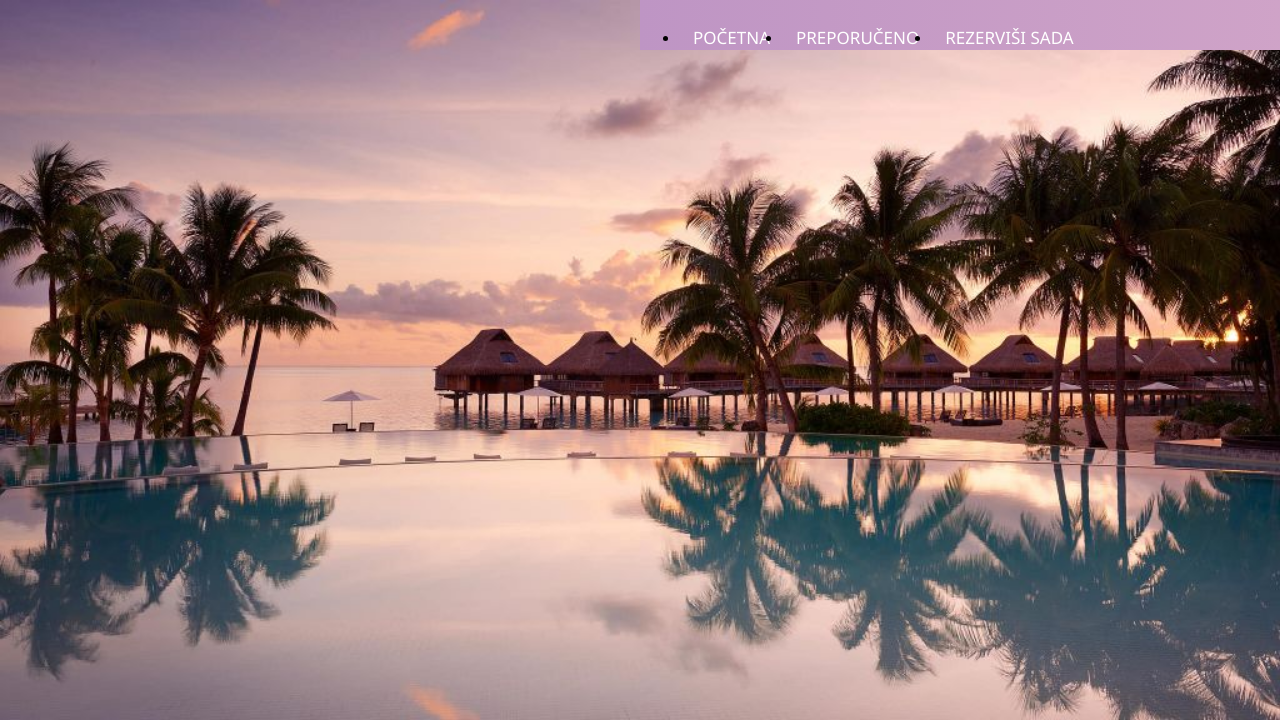
Repository: FTN-E2-materials/WEB
Page: BookingApp/static/index.html
An editor plug-in stored every save of this project. The page is shown before and after the next save, followed by the edit.
The browser window is 1280 px wide. The pictures show the whole page.
The page's requests for data from a server got no answer.

Above is the page before, as saved 2020-08-31 17:39:15.

### BookingApp/static/index.html
<!DOCTYPE html>
<html>
<head>
<link href="css/bookpage.css" rel="stylesheet" />
<link rel="stylesheet" href="https://fonts.googleapis.com/icon?family=Material+Icons"/>
<link rel="stylesheet" href="https://cdnjs.cloudflare.com/ajax/libs/font-awesome/4.7.0/css/font-awesome.min.css">
<meta http-equiv="Content-Type" content="text/html; charset=UTF-8">

</head>

	<body>

		<div id = "webApp">
		<div class = "navigation-area">

		    <ul class = "nav navbar">
		        <li class = "menu"><a href="#/apartments">Početna</a></li>
		        <li class = "menu"><a href="">Preporučeno</a></li>
		        <li class = "menu"><a href="bookpage.html">Rezerviši sada</a></li>
		        <li class = "menu" v-bind:hidden="mode!='guest'"><a href="reservations.html" v-bind:hidden="mode!='guest'">Moje rezervacije</a></li>
		        <li class = "menu" v-bind:hidden="mode!='host'" ><a href="myapartments.html" v-bind:hidden = "mode!= 'host'">Moji apartmani</a></li>
		        <li class = "menu" style="float:right" v-bind:hidden="mode!='notLogged'" ><a href="#/login" v-bind:hidden="mode!='notLogged'">Prijavi se</a></li>
		        <li class = "menu" style="float:right" v-bind:hidden="mode=='notLogged'" v-on:click = "logOut"><a href="#/login" v-bind:hidden="mode=='notLogged'" >Odjavi se</a></li>
		        <li class = "menu" style="float:right" v-bind:hidden="mode=='notLogged'" ><a href="http://localhost:8088/#/profile-view" v-bind:hidden ="mode=='notLogged'">Profil</a></li>
			</ul>
        </div>

			<router-view></router-view>
		</div>


		<script src="scripts/vue.js"></script>
		<script src="scripts/vue-router.js"></script>
		<script src="scripts/jquery.min.js"></script>
		<script src="scripts/axios.js"></script>
		<script src="scripts/toast.js"></script>
		<script src="js/app.js"></script>
		<script src="js/login.js"></script>
		<script src="js/profile-view.js"></script>
		<script src="js/change_pass.js"></script>
		<script src="js/edit_profile.js"></script>
		<script src="js/apartments.js"></script>
		<script src="js/apartmen-details.js"></script>

	</body>
</html>

Loaded but not shown: BookingApp/static/scripts/vue.js (library); BookingApp/static/scripts/jquery.min.js (library); BookingApp/static/scripts/toast.js (common file); BookingApp/static/scripts/vue-router.js (2922 lines, source omitted); BookingApp/static/scripts/axios.js (1660 lines, source omitted); BookingApp/static/js/apartmen-details.js (177 lines, source omitted); BookingApp/static/js/apartments.js (329 lines, source omitted); BookingApp/static/js/profile-view.js (257 lines, source omitted); BookingApp/static/js/login.js (221 lines, source omitted); BookingApp/static/js/app.js (104 lines, source omitted); BookingApp/static/js/change_pass.js (114 lines, source omitted); BookingApp/static/js/edit_profile.js (106 lines, source omitted); BookingApp/static/css/bookpage.css (1738 lines, source omitted)

After the next save:
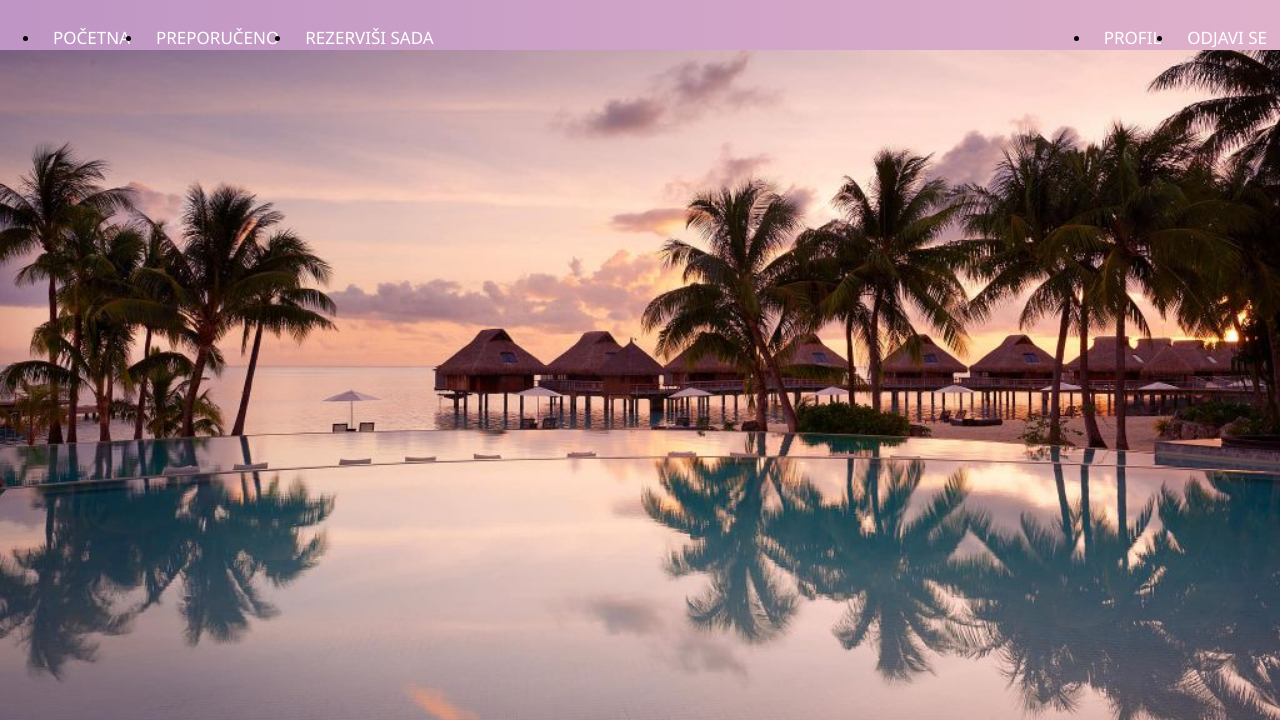
Saved 29 s later.
--- a/BookingApp/static/index.html
+++ b/BookingApp/static/index.html
@@ -10,10 +10,10 @@
 
 	<body>
 
-		<div id = "webApp">
-		<div class = "navigation-area">
+		<div id = "webApp" class = "main-window">
+			<div class = "navigation-area">
 
-		    <ul class = "nav navbar">
+		    	<ul class = "nav navbar">
 		        <li class = "menu"><a href="#/apartments">Početna</a></li>
 		        <li class = "menu"><a href="">Preporučeno</a></li>
 		        <li class = "menu"><a href="bookpage.html">Rezerviši sada</a></li>
@@ -23,8 +23,7 @@
 		        <li class = "menu" style="float:right" v-bind:hidden="mode=='notLogged'" v-on:click = "logOut"><a href="#/login" v-bind:hidden="mode=='notLogged'" >Odjavi se</a></li>
 		        <li class = "menu" style="float:right" v-bind:hidden="mode=='notLogged'" ><a href="http://localhost:8088/#/profile-view" v-bind:hidden ="mode=='notLogged'">Profil</a></li>
 			</ul>
-        </div>
-
+            </div>
 			<router-view></router-view>
 		</div>
 
